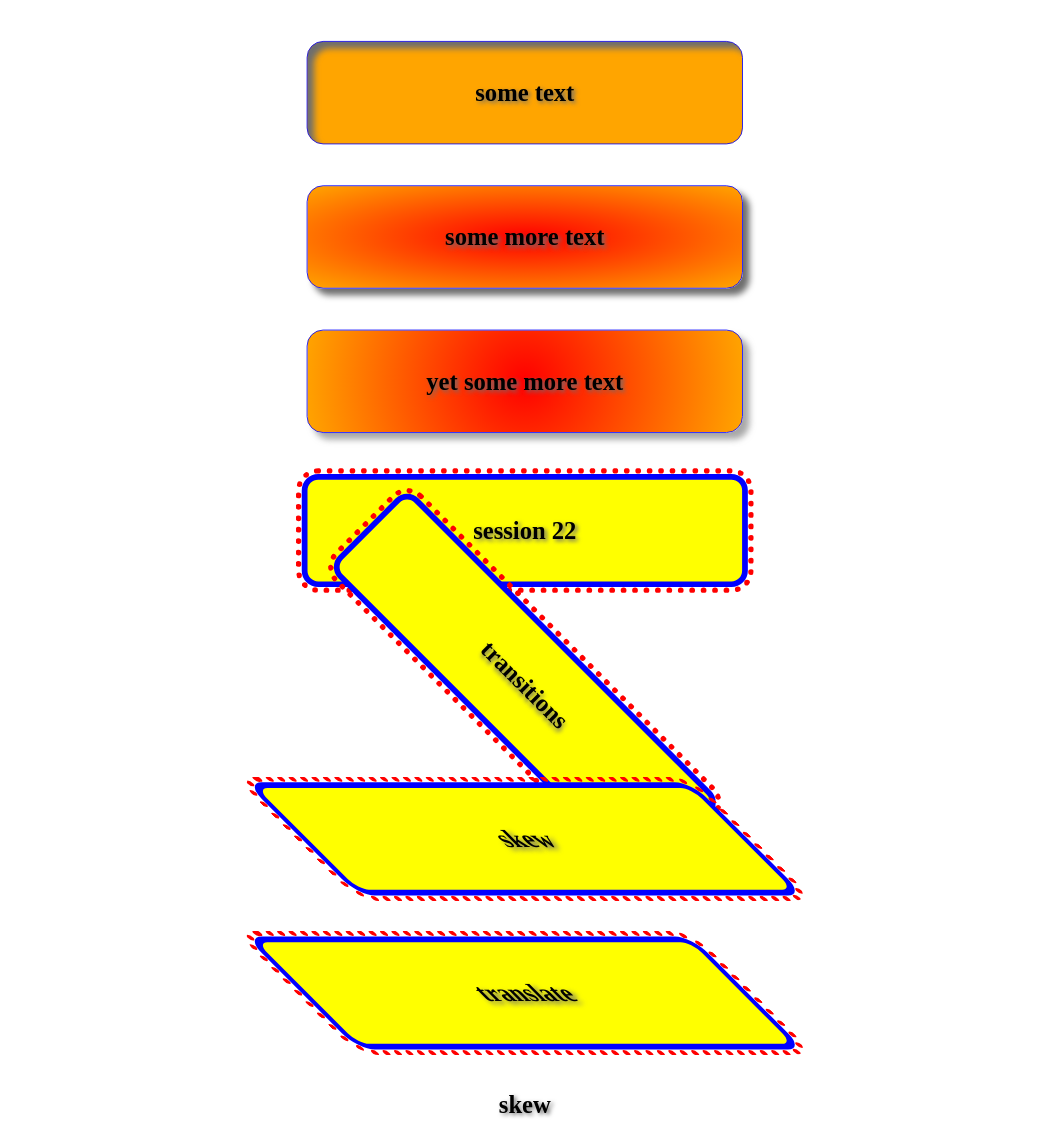
Repository: jksfoTemp/html-css-js
Page: -HTML5/html5Demos/default.8.html
The author's editor kept a record of every edit. The page is drawn from the files as they stood at one moment, then again after the next edit.
The browser window is 1280 px wide. The pictures show the whole page, at 82% of full size.

Above is the page before.

After the next edit:
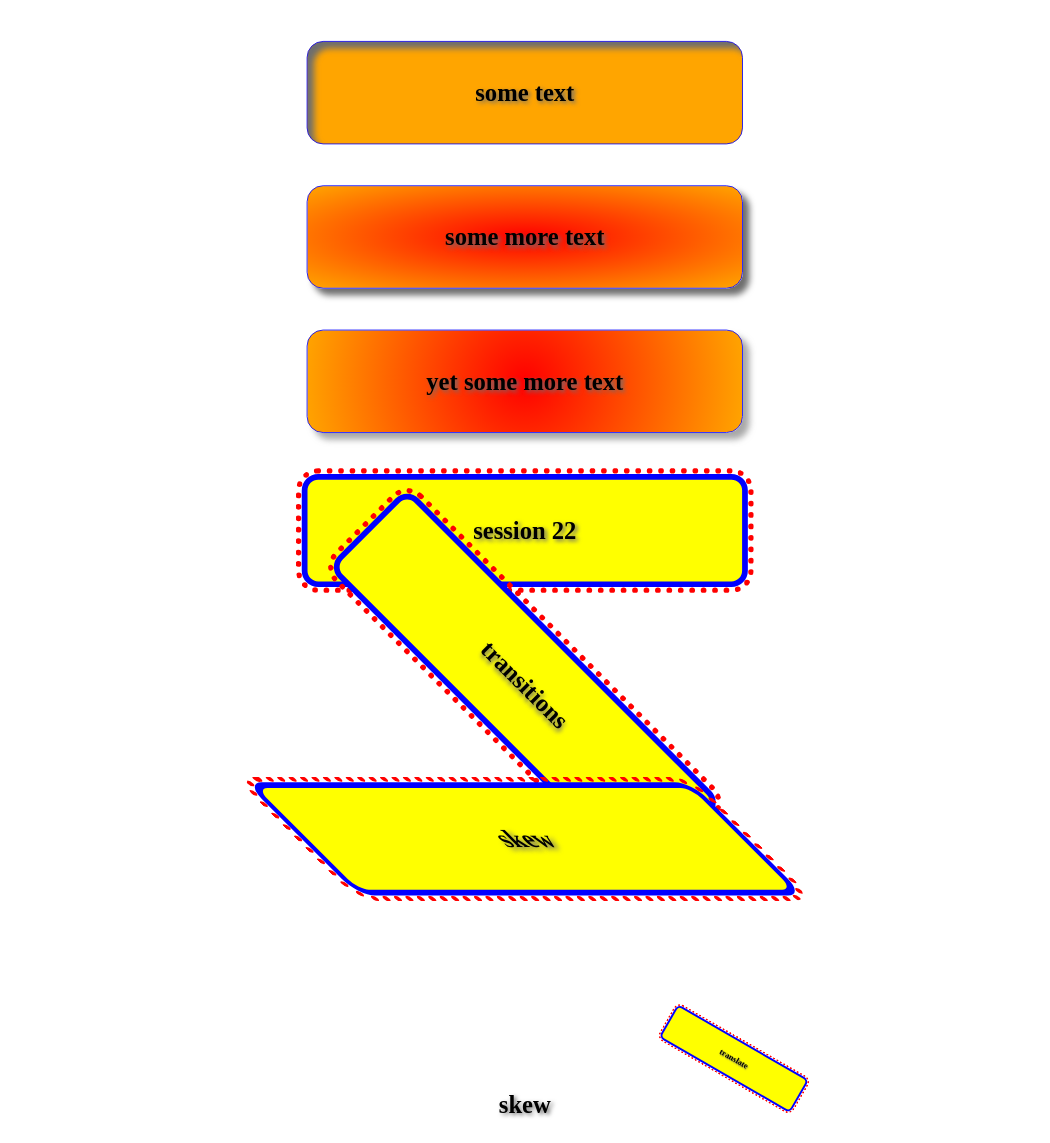
The edit:
--- a/-HTML5/css/default.8.css
+++ b/-HTML5/css/default.8.css
@@ -97,7 +97,7 @@
     background: yellow;
     border-radius: 20px;
     outline: 7px dotted red;
-    -webkit-transform:skew(45deg);
+    -webkit-transform:translate(255px, 80px) rotate(30deg) scale(.34);
 }
 
 #text{
